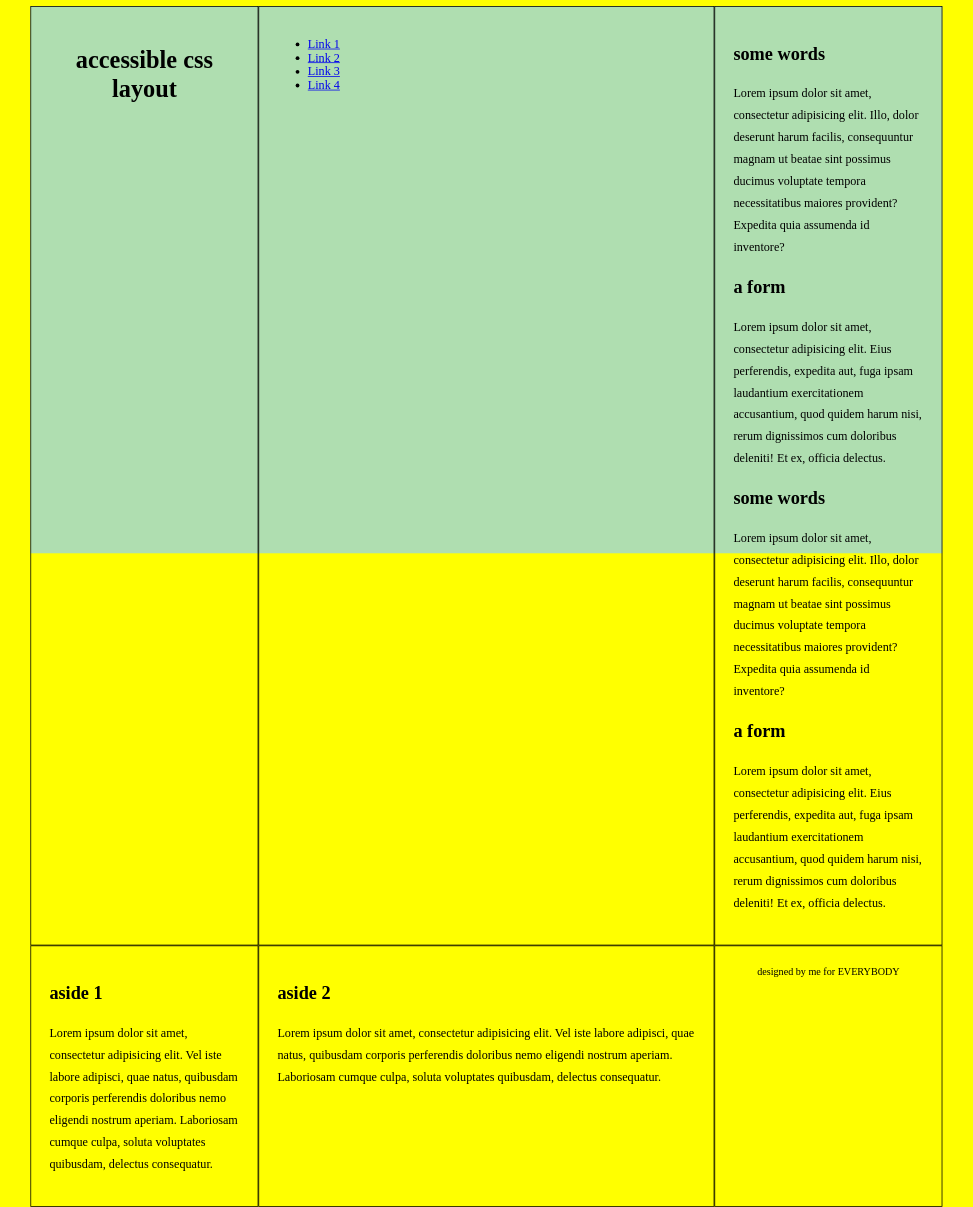
Repository: ethan-schrauf/UniversalDesignWebsite
Page: responsive.html
An editor plug-in stored every save of this project. The page is shown before and after the next save, followed by the edit.
The browser window is 1280 px wide. The pictures show the whole page, at 76% of full size.

Above is the page before, as saved 2023-10-23 17:13:59.

After the next save:
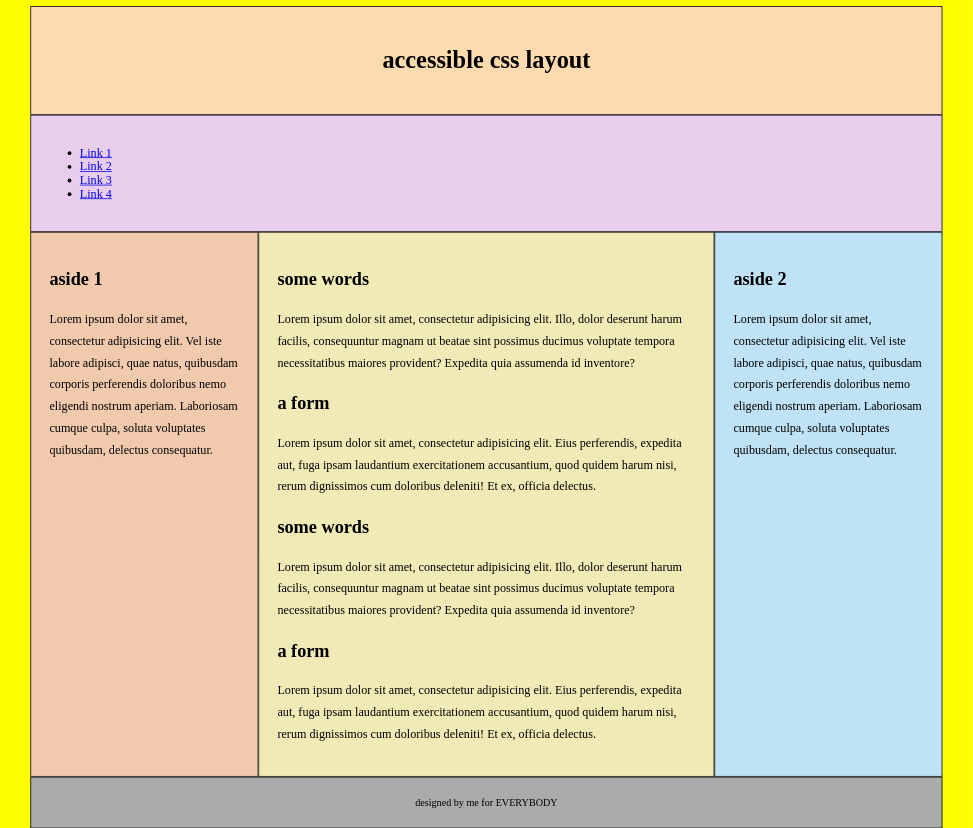
Saved 92 s later.
--- a/grid-flex.css
+++ b/grid-flex.css
@@ -52,3 +52,10 @@ footer {
     "aside1    mainy     aside2"
     "footy     footy     footy";
   }
+
+  header {grid-area: heady; background:rgb(254, 218, 175);}
+nav {grid-area: navvy; background:rgb(232, 206, 236);}
+main {grid-area: mainy; background: rgb(240, 234, 182); max-height: 100%;}
+#aside1 {grid-area: aside1; background: rgb(241, 202, 174);}
+#aside2 {grid-area: aside2; background: rgb(191, 226, 246);}
+footer {grid-area: footy; background: rgb(171, 171, 171);}
